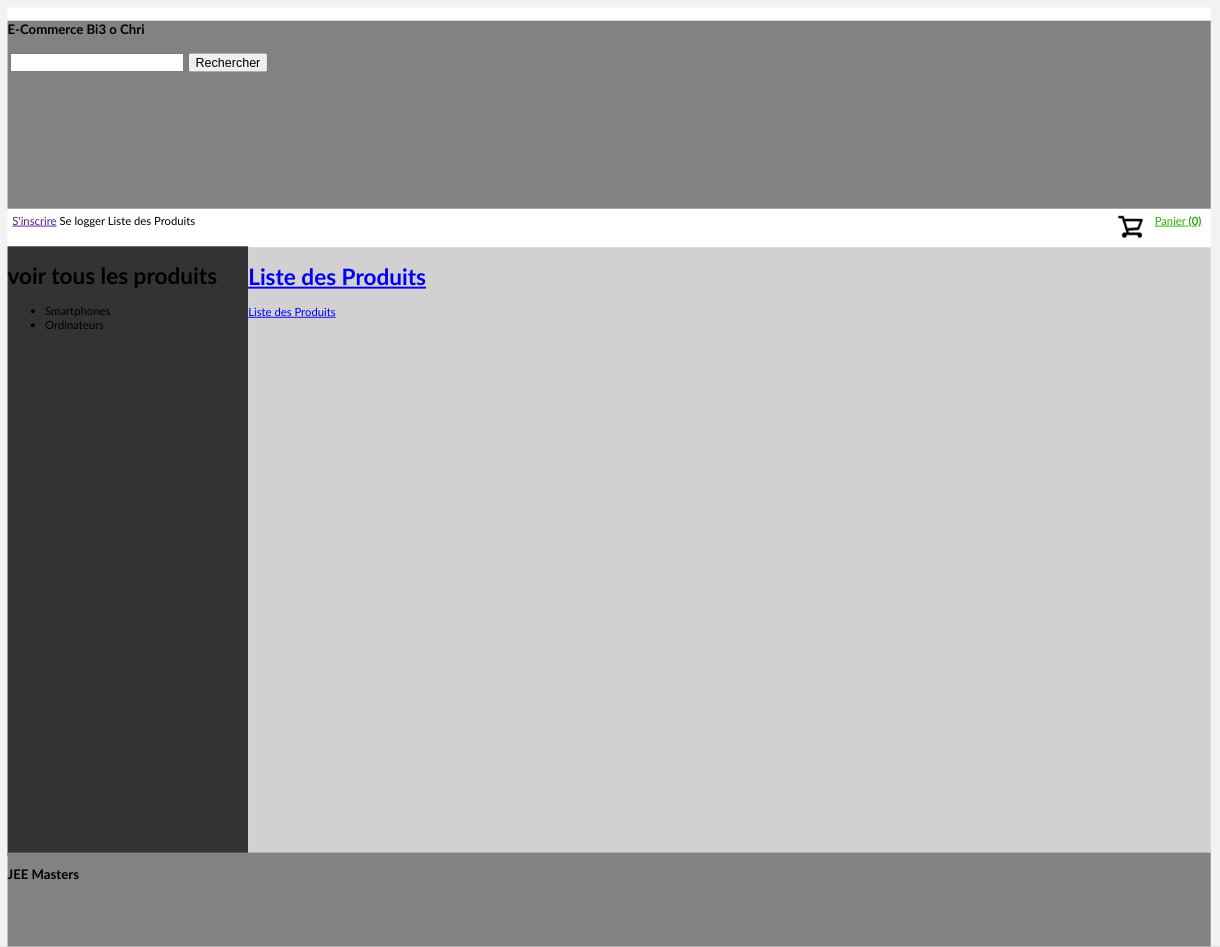
Repository: EBusinesss/Ebusiness
Page: http://localhost/EcomWEB/
An editor plug-in stored every save of this project. The page is shown before and after the next save, followed by the edit.
The browser window is 1280 px wide. The page is 1298 px wide, so the pictures cover 1298 px, including what lies to the right of the window. The pictures show the whole page, at 94% of full size.
The page is served by Tomcat 9. Nobody is signed in. The application's start-up code is not run.

Above is the page before, as saved 2014-12-25 14:41:10.

After the next save:
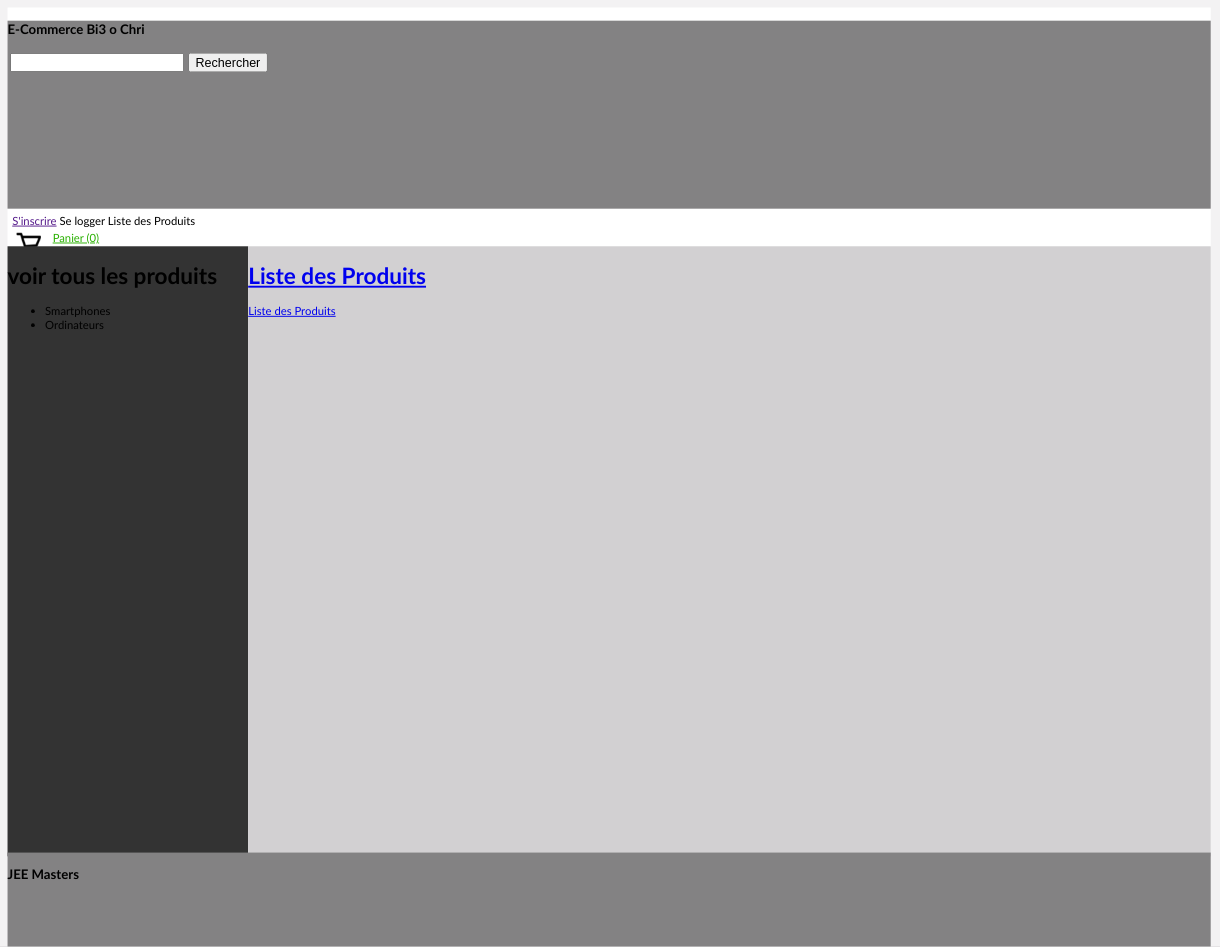
Saved 6 min 44 s later.
--- a/Workspace/EcomWEB/WebContent/index.jsp
+++ b/Workspace/EcomWEB/WebContent/index.jsp
@@ -34,15 +34,20 @@
 		<a href=""> </a>
 	    <a onclick="listOfProducts()"> Liste des Produits </a>
 
-
-			<div class="Basket">
-
+			<table>
+			<tr>
+				<td>
+					<div class="Basket">
 							<div class="icn-hBasket"></div>
 							<a href="" class="HeaderLink" target="_top">
-									<span class="bigger">Panier</span> <strong>
-									<span class="quantityBasket">(0)</span></strong>
+									<span class="bigger">Panier (0)</span>
 							</a>
-			</div>
+					</div>
+				</td>
+				<td> </td>
+			</tr>
+			</table>
+
 
 	</div>
 
